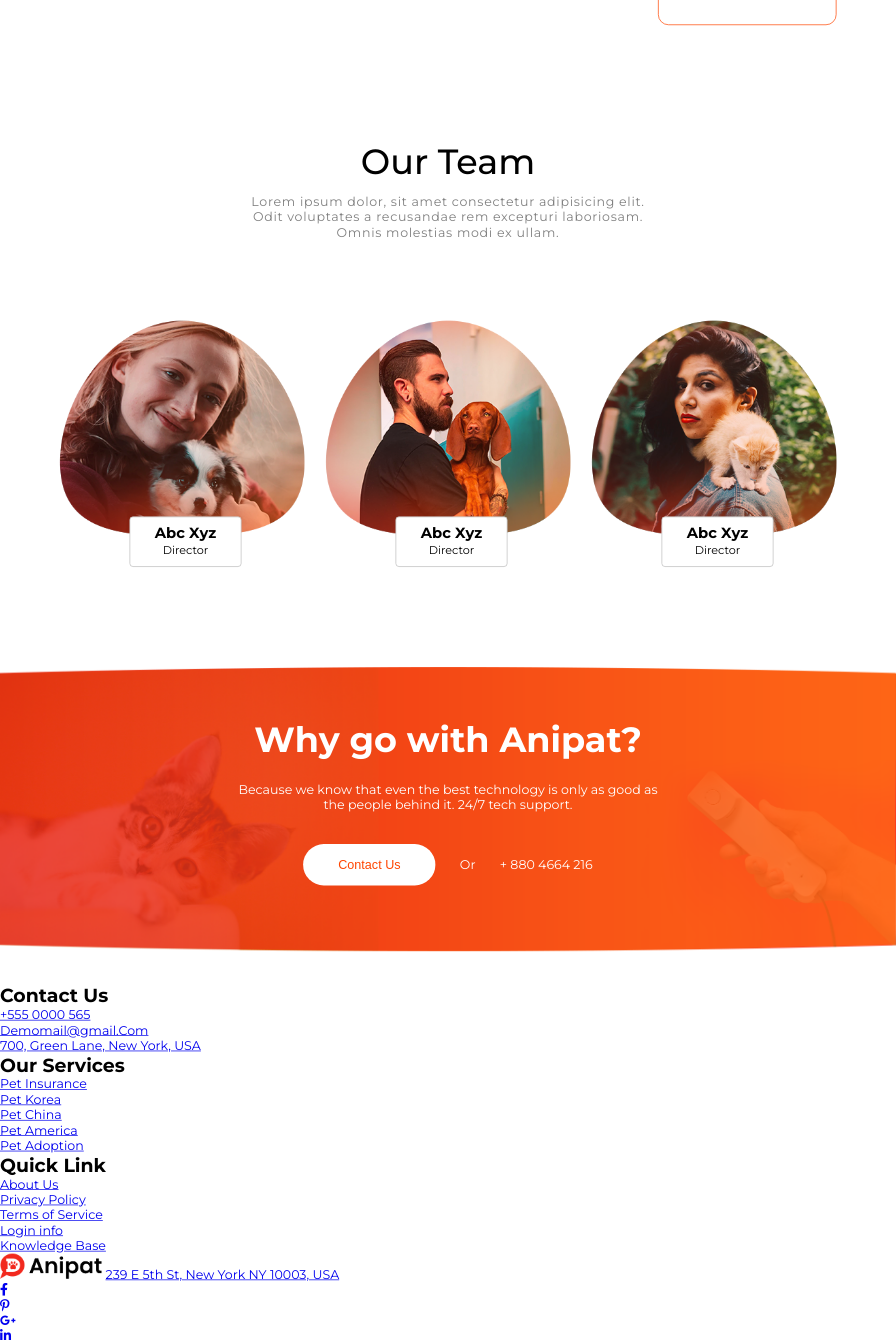
Repository: giahuy405/Day_2_Anipat
Page: index.html
An editor plug-in stored every save of this project. The page is shown before and after the next save, followed by the edit.
The browser window is 1280 px wide. The pictures show the part of the page from y = 2917 to 4837 px (the page is 4837 px tall before and 4474 px after), at 70% of full size.

Above is the page before, as saved 2022-09-09 00:22:28.

### index.html
<!DOCTYPE html>
<html lang="en">
<head>
    <meta charset="UTF-8">
    <meta http-equiv="X-UA-Compatible" content="IE=edge">
    <meta name="viewport" content="width=device-width, initial-scale=1.0">
    <title>Anipat</title>
    <link rel="stylesheet" href="https://cdnjs.cloudflare.com/ajax/libs/font-awesome/6.2.0/css/all.min.css">
    <link href="https://fonts.googleapis.com/css2?family=Montserrat:wght@300;400;500;700&display=swap" rel="stylesheet">
    <link rel="stylesheet" href="./css/index.css">
</head>
<body>
    <header>
        <div class="header-top">
            <div class="container">
                <div class="header__contact">
                    <a href="#">+880 4664 216 </a>
                    <span>Mon - Sat 10:00 - 7:00</span>
                </div>
                <div class="header__social">
                    <ul>
                        <li><a href="#"><i class="fa-brands fa-facebook-f"></i></a></li>
                        <li><a href="#"><i class="fa-brands fa-pinterest-p"></i></a></li>
                        <li><a href="#"><i class="fa-brands fa-google-plus-g"></i></a></li>
                        <li><a href="#"><i class="fa-brands fa-linkedin-in"></i></a></li>
                    </ul>
                </div>
                <div class="clear"></div>
            </div>
        </div>
        <div class="header-bottom container">
            <img src="./img/logo.png" alt="Logo">
            <ul>
                <li><a href="#">Home</a></li>
                <li><a href="#">About</a></li>
                <li><a href="#">Blog</a></li>
                <li><a href="#">Pages</a></li>
                <li><a href="#">Services</a></li>
                <li><a href="#">Contact</a></li>
            </ul>
            <div class="clear"></div>
        </div>

    </header>
    <div class="carousel">
        <div class="container">
            <div class="carousel__content">
                <h1>We Care</h1>
                <h2>Your Pets</h2>
                <p>Lorem ipsum dolor sit amet, consectetur adipisicing elit. Dolorem corporis ex expedita ea rem iure.</p>
                <button>Contact Us</button>
            </div>
            <div class="carousel__dog">
                <img src="./img/dog.png" alt="Dog">
            </div>
            <div class="clear"></div>
        </div>
    </div>
    <div class="service">
        <div class="service-top">
            <h1>Services for every dog</h1>
            <p>Lorem ipsum dolor sit amet, consectetur adipiscing elit, sed do eiusmod tempor incididunt ut labore et dolore magna</p>
        </div>
        <div class="service-bottom container">
            <div class="service-card">
                <div class="service__item">
                    <div class="service__background">
                        <img src="./img/service_icon_1.png" alt="">
                    </div>
                    <h2>Pet Boarding</h2>
                    <p>Lorem, ipsum dolor sit amet consectetur adipisicing elit. Quasi asperiores</p>
                </div>
            </div>
            <div class="service-card">
                <div class="service__item">
                    <div class="service__background">
                        <img src="./img/service_icon_2.png" alt="">
                    </div>
                    <h2>Pet Boarding</h2>
                    <p>Lorem, ipsum dolor sit amet consectetur adipisicing elit. Quasi asperiores</p>
                </div>
            </div>
            <div class="service-card">
                <div class="service__item">
                    <div class="service__background">
                        <img src="./img/service_icon_3.png" alt="">
                    </div>
                    <h2>Pet Boarding</h2>
                    <p>Lorem, ipsum dolor sit amet consectetur adipisicing elit. Quasi asperiores</p>
                </div>
            </div>
            <div class="clear"></div>
        </div>
    </div>
    <div class="netcare container">
        <div class="netcare__cat">
            <img src="./img/pet_care.png" alt="pet care">
        </div>
        <div class="netcare__content">
                <h1>We Care</h1>
                <h2>Your Pets</h2>
                <p>Lorem ipsum dolor sit amet, consectetur adipisicing elit. Dolorem corporis ex expedita ea rem iure. Lorem ipsum dolor, sit amet consectetur adipisicing elit. In, sint.</p>
                <button>Contact Us</button>
        </div>
        <div class="clear"></div>
    </div>
    <div class="care">
        <div class="container">
            <div class="care__content">
                <h1>We Care</h1>
                <h2>Your Pets</h2>
                <p>Lorem ipsum dolor sit amet, consectetur adipisicing elit. Dolorem corporis ex expedita ea rem iure. Lorem ipsum dolor sit ametum dolor sit amet.</p>
                <button>About Us</button>
            </div>
            <div class="care__items">
                <div class="care__item">
                    <div class="care__card care__card--left">
                        <div class="care__desc">
                            <img src="./img/1.png" alt="">
                            <h1>922</h1>
                            <p>Pet Available</p>
                        </div>
                    </div>
                </div>
                <div class="care__item">
                    <div class="care__card">
                        <div class="care__desc">
                            <img src="./img/2.png" alt="">
                            <h1>922</h1>
                            <p>Pet Available</p>
                        </div>
                    </div>
                    <div class="care__card">
                        <div class="care__desc">
                            <img src="./img/3.png" alt="">
                            <h1>922</h1>
                            <p>Pet Available</p>
                        </div>
                    </div>
                </div>
                <div class="clear"></div>
            </div>
            <div class="clear"></div>
        </div>
    </div>
    <div class="team container">
        <div class="team-top">
            <h1>Our Team</h1>
            <p>Lorem ipsum dolor, sit amet consectetur adipisicing elit. Odit voluptates a recusandae rem excepturi laboriosam. Omnis molestias modi ex ullam.</p>
        </div>
        <div class="team-bottom">
            <div class="team__card">
                <img src="./img/team1.png" alt="">
                <div class="team__box">
                    <div class="team__content">
                        <h3>Abc Xyz</h3>
                        <p>Director</p>
                    </div>
                </div>
            </div>
            <div class="team__card">
                <img src="./img/team2.png" alt="">
                <div class="team__box">
                    <div class="team__content">
                        <h3>Abc Xyz</h3>
                        <p>Director</p>
                    </div>
                </div>
            </div>
            <div class="team__card">
                <img src="./img/team3.png" alt="">
                <div class="team__box">
                    <div class="team__content">
                        <h3>Abc Xyz</h3>
                        <p>Director</p>
                    </div>
                </div>
            </div>
            <div class="clear"></div>
        </div>
    </div>
    <div class="banner">
        <div class="banner-top">
            <h1>Why go with Anipat?</h1>
            <p>Because we know that even the best technology is only as good as the people behind it. 24/7 tech support.</p>
        </div>
        <div class="banner-bottom">
            <button>Contact Us</button>
            <span>Or</span>
            <a href="#"> + 880 4664 216</a>
        </div>
    </div>
    <div class="footer">
        <div class="footer__item">
            <h2>Contact Us</h2>
            <ul>
                <li><a href="#">+555 0000 565</a></li>
                <li><a href="#">Demomail@gmail.Com</a></li>
                <li><a href="#">700, Green Lane, New York, USA</a></li>
            </ul>
        </div>
        <div class="footer__item">
            <h2>Our Services</h2>
            <ul>
                <li><a href="#">Pet Insurance</a></li>
                <li><a href="#">Pet Korea</a></li>
                <li><a href="#">Pet China</a></li>
                <li><a href="#">Pet America</a></li>
                <li><a href="#">Pet Adoption</a></li>
            </ul>
        </div>
        <div class="footer__item">
            <h2>Quick Link</h2>
            <ul>
                <li><a href="#">About Us</a></li>
                <li><a href="#">Privacy Policy</a></li>
                <li><a href="#">Terms of Service</a></li>
                <li><a href="#">Login info</a></li>
                <li><a href="#">Knowledge Base</a></li>
            </ul>
        </div>
        <div class="footer__item">
            <img src="./img/logo.png" alt="">
            <a href="#">239 E 5th St, New York NY 10003, USA</a>
            <ul>
                <li><a href="#"><i class="fa-brands fa-facebook-f"></i></a></li>
                <li><a href="#"><i class="fa-brands fa-pinterest-p"></i></a></li>
                <li><a href="#"><i class="fa-brands fa-google-plus-g"></i></a></li>
                <li><a href="#"><i class="fa-brands fa-linkedin-in"></i></a></li>
            </ul>
        </div>
        <div class="clear"></div>
    </div>
</body>
</html>

### css/index.css
*{
    padding: 0;
    margin: 0;
    box-sizing: border-box;
}
.clear{
    clear: both;
}
html{
    font-size: 18px;
    font-family: 'Montserrat', sans-serif;
}
.container{
    width: 1140px;
    margin: 0 auto;
}
.header__contact{
    float: left;
}
.header__social{
    float: right;
}
.header-top{
    background-color: black;
    padding: 15px;
}
.header__contact a{
     color: white;
     text-decoration: none;
     transition: all 0.2s;
}
.header__contact a:hover{
    color: red;
}
.header__contact span{
    color: white;
    margin-left: 35px;
}
.header__social ul,.header-bottom ul{
    list-style: none;
}
.header__social li,.header-bottom li{
    display: inline;
    margin-left: 35px;
}
.header__social i{
    color: white;
    transition: all 0.2s;
}
.header__social i:hover{
    color: red;
}
.header-bottom ul{
    float: right;
}
.header-bottom a{
    text-decoration: none;
    font-weight: bold;
    color: black;
    transition: all 0.2;
    line-height: 40px;
}
.header-bottom a:hover{
    color: red;
}
.header-bottom{
    padding: 20px 0;
}
.carousel{
    background-image: url(../img/banner.png);
    background-position: center bottom;
    background-repeat: no-repeat;
    background-size: 100%;
    height: 600px;
    position: relative;
    margin-bottom: 150px;
}
.carousel__content{
    float: left;
    width: 33%;
    padding-top: 100px;
}
.carousel__dog{
    float: left;
    width: 67%;
    position: absolute;
    top: -10px;
    left: 315px;
    padding: 30px;
}
.carousel__content h1{
    color: white;
    font-size: 70px;
    font-weight: 300;
}
.carousel__content h2{
    color: white;
    font-size: 70px;
    font-weight: 700;
}
.carousel__content p{
    color: white;
    line-height: 30px;
    letter-spacing: 1px;
    margin: 20px 0;
}
.carousel__content button,.banner-bottom button{
    padding: 19px 50px;
    border-radius: 30px;
    border: none;
    font-size: 18px;
    background-color: white;
    color: orangered;
    cursor: pointer;
}
.carousel__content button:hover,.banner-bottom button:hover{
    background-color: orangered;
    color: white;
}
.carousel__dog img{
    width: 100%;

}
.service{
    text-align: center;
    margin-bottom: 100px;
}
.service-top h1{
    font-weight: 500;
    font-size: 50px;
    margin-bottom: 15px;
}
.service-top p{
    padding: 0 300px;
    color: grey;
}
.service-top{
    margin-bottom: 150px;
}
.service-card{
    float: left;
    width: 33.3333%;
}
.service__background{
    background-image: url(../img/service_icon_bg_1.png);
    width: 161px;
    height: 143px;
    background-position: center;
    margin: 0 auto;
}
.service__item{
    border: 1px solid orangered;
    border-radius: 15px;
    padding: 60px 40px;
}
.service-card{
    padding: 20px;
}
.service__item img{
    padding-top: 35px;
}
.service__item h2{
    margin: 30px 0;
}
.service__item p{
    color: grey;
    line-height: 30px;
}
.netcare__cat{
    float: left;
    width: 40%;
}
.netcare__content{
    float: left;
    width: 60%;
    padding-right: 100px;
    padding-top: 75px;
    padding-left: 60px;
}
.netcare__cat img{
    width: 100%;
}
.netcare__content h1,.care__content h1{
    color: black;
    font-size: 55px;
    font-weight: 300;
}
.netcare__content h2,.care__content h2{
    color: black;
    font-size: 55px;
    font-weight: 700;
}
.netcare__content p,.care__content p{
    color: grey;
    line-height: 30px;
    letter-spacing: 1px;
    margin: 25px 0;
}
.netcare__content button,.care__content button{
    padding: 18px 55px;
    border-radius: 30px;
    border: none;
    background-color: orangered;
    color: white;
    font-size: 20px;
    cursor: pointer;
    transition: all 0.2s;
}
.netcare__content button:hover,.care__content  button:hover{
    background-color: white;
    border: 1px solid orangered;
    color: orangered;
}
.care__content,.care__items,.care__item{
    float: left;
    width: 50%;
}
.care__content{
    padding-right: 50px;
    padding-top: 150px;
}
.care__desc{
    border: 1px solid orangered;
    border-radius: 15px;
   padding: 50px 20px;
}
.care__card{
    text-align: center;
    margin-bottom: 30px;
}
.care__item{
     padding: 15px;
}
.care__card--left{
    margin-top: 150px;
}
.care__item h1{
    margin: 20px 0;
}
.team{
    text-align: center;
    margin-top: 120px;
    margin-bottom: 120px;
}
.team-top h1{
    font-weight: 500;
    font-size: 50px;
}
.team-top p{
    padding: 0 250px;
    letter-spacing: 1px;
    color: grey;
    margin: 15px;
}
.team__card{
    float: left;
    width: 33.333%;
    padding: 15px;
    position: relative;
}
.team-bottom{
    margin-top: 100px;
}
.team__card img{
    width: 100%;
}
.team__content{
    border: 1px solid rgb(190, 190, 190);
    border-radius: 5px;
    padding: 10px 35px;
    background-color:white;
}
.team__box{
    position: absolute;
    top: 295px;
    left: 115px;
}
.team__content p{
    font-size: 16px;
    line-height: 25px;
}
.banner{
    text-align: center;
    background-image: url(../img/contact_bg.png);
    height: 500px;
    background-position: center;
    background-repeat: no-repeat;
    background-size: 100%;
    padding-top: 120px;
}
.banner-top h1{
    font-size: 50px;
    color: white;
}
.banner-top p{
    color: white;
    font-size: 18px;
    padding: 0 330px;
    margin:30px 0;
    margin-bottom: 45px;
}
.banner-bottom span{
    color: white;
    margin: 0 30px;
}
.banner-bottom a{
    text-decoration: none;
    color: white;
    transition: all 0.15s;
}
.banner-bottom a:hover{
    color: black;
}

After the next save:
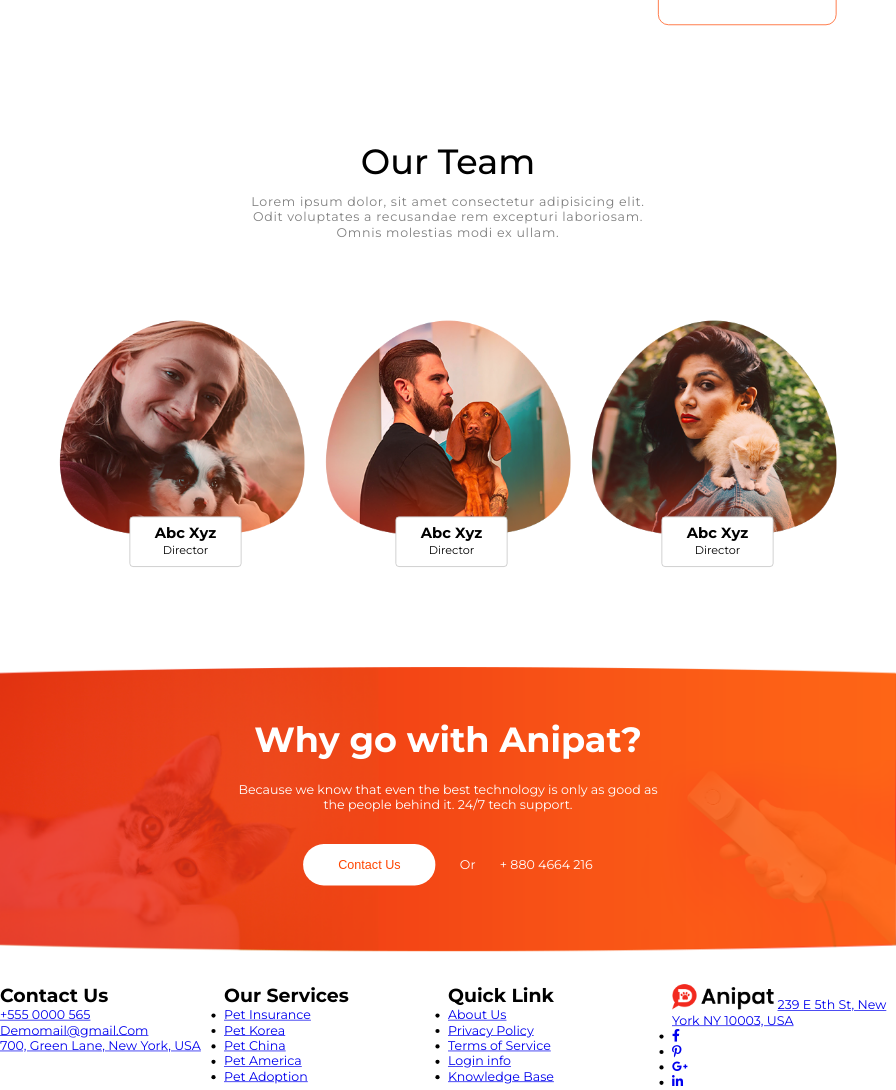
Saved 35 s later.
--- a/css/index.css
+++ b/css/index.css
@@ -311,3 +311,7 @@ html{
 .banner-bottom a:hover{
     color: black;
 }
+.footer__item{
+    float: left;
+    width: 25%;
+}
